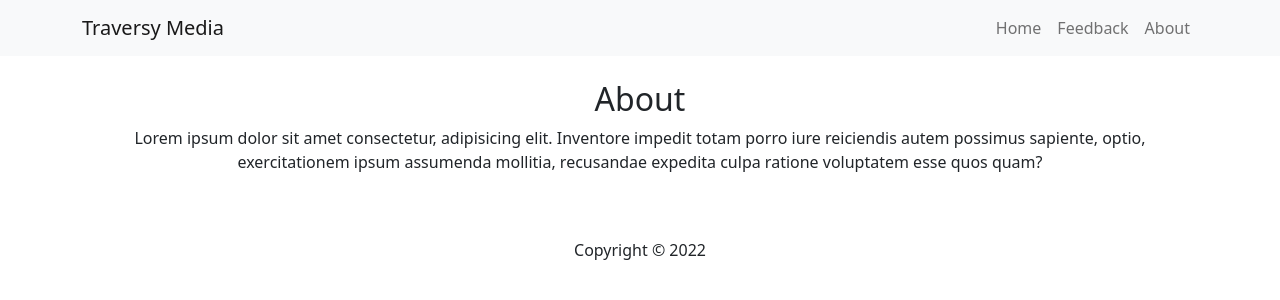
Repository: Haviles04/feedback
Page: http://localhost/about.php
An editor plug-in stored every save of this project. The page is shown before and after the next save, followed by the edit.
The browser window is 1280 px wide. The pictures show the whole page.
The page is run by PHP 8.4 with error messages shown; the project is at /var/www/html/.

Above is the page before, as saved 2024-04-29 17:50:12.

### about.php
<!DOCTYPE html>
<html lang="en">
  <head>
    <meta charset="UTF-8" />
    <meta http-equiv="X-UA-Compatible" content="IE=edge" />
    <meta name="viewport" content="width=device-width, initial-scale=1.0" />
    <link
      href="https://cdn.jsdelivr.net/npm/bootstrap@5.0.2/dist/css/bootstrap.min.css"
      rel="stylesheet"
      integrity="sha384-EVSTQN3/azprG1Anm3QDgpJLIm9Nao0Yz1ztcQTwFspd3yD65VohhpuuCOmLASjC"
      crossorigin="anonymous"
    />
    <title>Leave Feedback</title>
  </head>
  <body>
    <nav class="navbar navbar-expand-sm navbar-light bg-light mb-4">
      <div class="container">
        <a class="navbar-brand" href="#">Traversy Media</a>
        <button
          class="navbar-toggler"
          type="button"
          data-bs-toggle="collapse"
          data-bs-target="#navbarNav"
          aria-controls="navbarNav"
          aria-expanded="false"
          aria-label="Toggle navigation"
        >
          <span class="navbar-toggler-icon"></span>
        </button>
        <div class="collapse navbar-collapse" id="navbarNav">
          <ul class="navbar-nav ms-auto">
            <li class="nav-item">
              <a class="nav-link" href="./index.html">Home</a>
            </li>
            <li class="nav-item">
              <a class="nav-link" href="./feedback.html">Feedback</a>
            </li>
            <li class="nav-item">
              <a class="nav-link" href="=./about.html">About</a>
            </li>
          </ul>
        </div>
      </div>
    </nav>

    <main>
      <div class="container d-flex flex-column align-items-center">
        <h2>About</h2>

        <p class="text-center">
          Lorem ipsum dolor sit amet consectetur, adipisicing elit. Inventore
          impedit totam porro iure reiciendis autem possimus sapiente, optio,
          exercitationem ipsum assumenda mollitia, recusandae expedita culpa
          ratione voluptatem esse quos quam?
        </p>
      </div>
    </main>

    <footer class="text-center mt-5">Copyright &copy; 2022</footer>

    <script
      src="https://cdn.jsdelivr.net/npm/bootstrap@5.0.2/dist/js/bootstrap.bundle.min.js"
      integrity="sha384-MrcW6ZMFYlzcLA8Nl+NtUVF0sA7MsXsP1UyJoMp4YLEuNSfAP+JcXn/tWtIaxVXM"
      crossorigin="anonymous"
    ></script>
  </body>
</html>

### inc/header.php
<!DOCTYPE html>
<html lang="en">

<head>
    <meta charset="UTF-8" />
    <meta http-equiv="X-UA-Compatible" content="IE=edge" />
    <meta name="viewport" content="width=device-width, initial-scale=1.0" />
    <link href="https://cdn.jsdelivr.net/npm/bootstrap@5.0.2/dist/css/bootstrap.min.css" rel="stylesheet" integrity="sha384-EVSTQN3/azprG1Anm3QDgpJLIm9Nao0Yz1ztcQTwFspd3yD65VohhpuuCOmLASjC" crossorigin="anonymous" />
    <title>Leave Feedback</title>
</head>

<body>
    <nav class="navbar navbar-expand-sm navbar-light bg-light mb-4">
        <div class="container">
            <a class="navbar-brand" href="#">Traversy Media</a>
            <button class="navbar-toggler" type="button" data-bs-toggle="collapse" data-bs-target="#navbarNav" aria-controls="navbarNav" aria-expanded="false" aria-label="Toggle navigation">
                <span class="navbar-toggler-icon"></span>
            </button>
            <div class="collapse navbar-collapse" id="navbarNav">
                <ul class="navbar-nav ms-auto">
                    <li class="nav-item">
                        <a class="nav-link" href="./index.php">Home</a>
                    </li>
                    <li class="nav-item">
                        <a class="nav-link" href="./feedback.php">Feedback</a>
                    </li>
                    <li class="nav-item">
                        <a class="nav-link" href="./about.php">About</a>
                    </li>
                </ul>
            </div>
        </div>
    </nav>

    <main>
        <div class="container d-flex flex-column align-items-center">

After the next save:
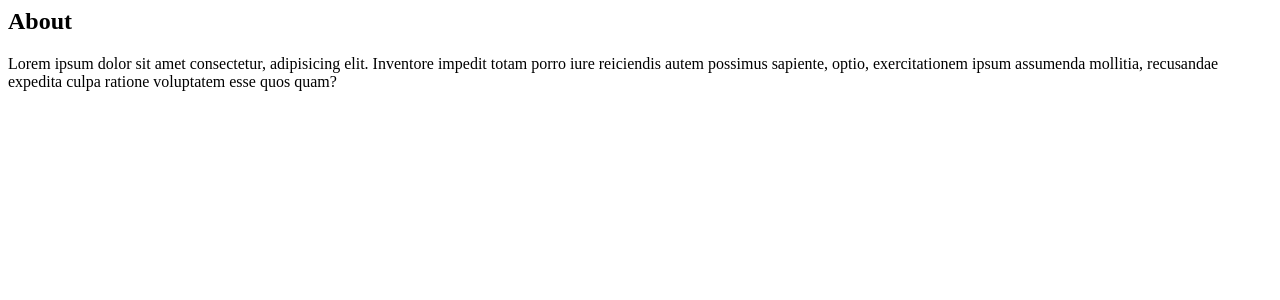
Saved 41 s later.
--- a/about.php
+++ b/about.php
@@ -1,50 +1,3 @@
-<!DOCTYPE html>
-<html lang="en">
-  <head>
-    <meta charset="UTF-8" />
-    <meta http-equiv="X-UA-Compatible" content="IE=edge" />
-    <meta name="viewport" content="width=device-width, initial-scale=1.0" />
-    <link
-      href="https://cdn.jsdelivr.net/npm/bootstrap@5.0.2/dist/css/bootstrap.min.css"
-      rel="stylesheet"
-      integrity="sha384-EVSTQN3/azprG1Anm3QDgpJLIm9Nao0Yz1ztcQTwFspd3yD65VohhpuuCOmLASjC"
-      crossorigin="anonymous"
-    />
-    <title>Leave Feedback</title>
-  </head>
-  <body>
-    <nav class="navbar navbar-expand-sm navbar-light bg-light mb-4">
-      <div class="container">
-        <a class="navbar-brand" href="#">Traversy Media</a>
-        <button
-          class="navbar-toggler"
-          type="button"
-          data-bs-toggle="collapse"
-          data-bs-target="#navbarNav"
-          aria-controls="navbarNav"
-          aria-expanded="false"
-          aria-label="Toggle navigation"
-        >
-          <span class="navbar-toggler-icon"></span>
-        </button>
-        <div class="collapse navbar-collapse" id="navbarNav">
-          <ul class="navbar-nav ms-auto">
-            <li class="nav-item">
-              <a class="nav-link" href="./index.html">Home</a>
-            </li>
-            <li class="nav-item">
-              <a class="nav-link" href="./feedback.html">Feedback</a>
-            </li>
-            <li class="nav-item">
-              <a class="nav-link" href="=./about.html">About</a>
-            </li>
-          </ul>
-        </div>
-      </div>
-    </nav>
-
-    <main>
-      <div class="container d-flex flex-column align-items-center">
         <h2>About</h2>
 
         <p class="text-center">
@@ -53,15 +6,3 @@
           exercitationem ipsum assumenda mollitia, recusandae expedita culpa
           ratione voluptatem esse quos quam?
         </p>
-      </div>
-    </main>
-
-    <footer class="text-center mt-5">Copyright &copy; 2022</footer>
-
-    <script
-      src="https://cdn.jsdelivr.net/npm/bootstrap@5.0.2/dist/js/bootstrap.bundle.min.js"
-      integrity="sha384-MrcW6ZMFYlzcLA8Nl+NtUVF0sA7MsXsP1UyJoMp4YLEuNSfAP+JcXn/tWtIaxVXM"
-      crossorigin="anonymous"
-    ></script>
-  </body>
-</html>

After the 2 saves that followed:
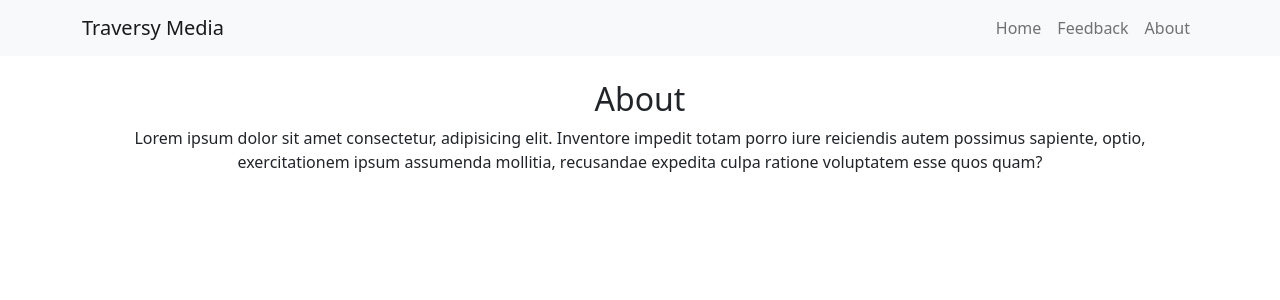
The 2 saves are shown as one change because they came seconds apart.
The last was saved 31 s later.
--- a/about.php
+++ b/about.php
@@ -1,3 +1,5 @@
+        <?php include 'inc/header.php'; ?>
+
         <h2>About</h2>
 
         <p class="text-center">
